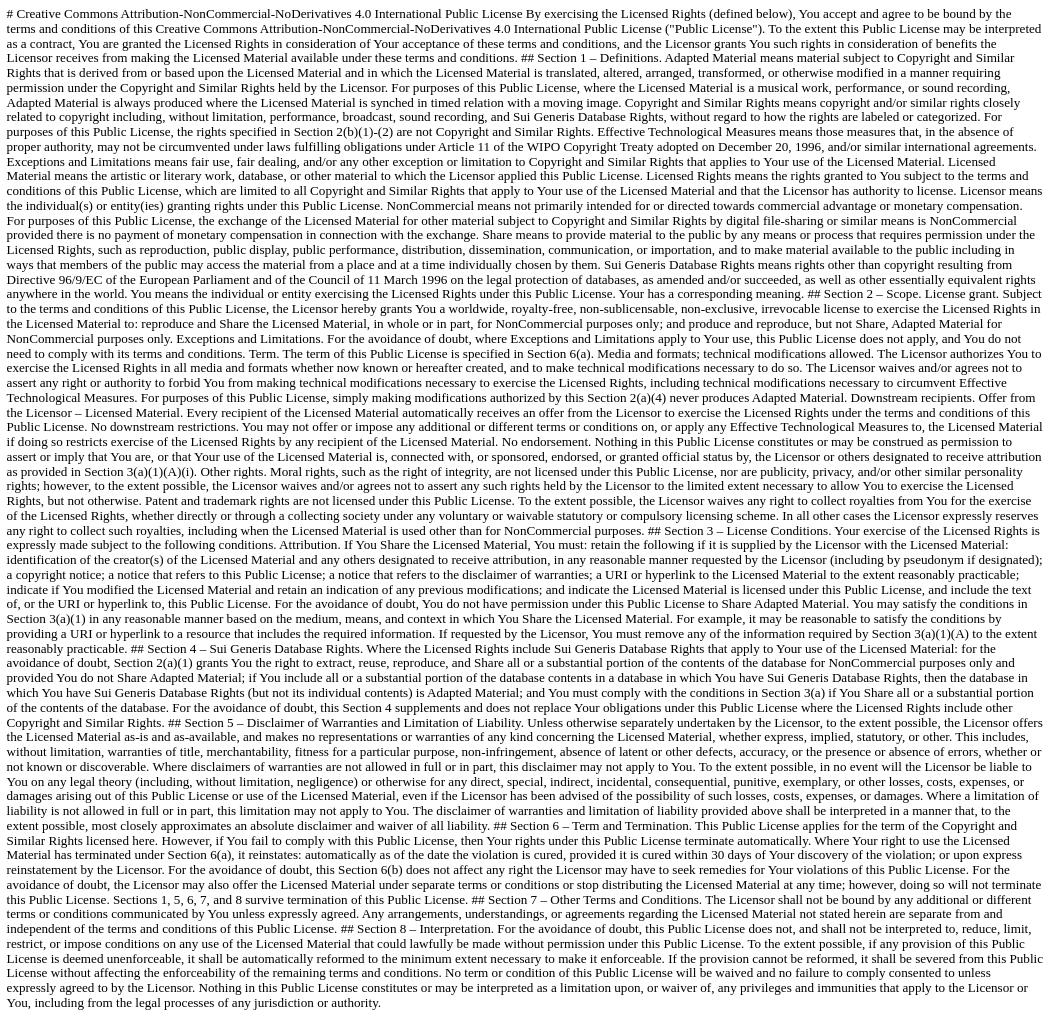
Repository: Team-Ikigami/Ascendance
Page: LICENSE-CC BY-NC-ND.html
The author's editor kept a copy of each file at every save. The page is drawn from the files as they stood at one save, then again after the next save.
The browser window is 1280 px wide. The pictures show the whole page, at 82% of full size.

Above is the page before, as saved 2021-12-12 02:06:20.

### LICENSE-CC BY-NC-ND.html
# Creative Commons Attribution-NonCommercial-NoDerivatives 4.0 International Public License

By exercising the Licensed Rights (defined below), You accept and agree to be bound by the terms and conditions of this Creative Commons Attribution-NonCommercial-NoDerivatives 4.0 International Public License ("Public License"). To the extent this Public License may be interpreted as a contract, You are granted the Licensed Rights in consideration of Your acceptance of these terms and conditions, and the Licensor grants You such rights in consideration of benefits the Licensor receives from making the Licensed Material available under these terms and conditions.

## Section 1 – Definitions.

Adapted Material means material subject to Copyright and Similar Rights that is derived from or based upon the Licensed Material and in which the Licensed Material is translated, altered, arranged, transformed, or otherwise modified in a manner requiring permission under the Copyright and Similar Rights held by the Licensor. For purposes of this Public License, where the Licensed Material is a musical work, performance, or sound recording, Adapted Material is always produced where the Licensed Material is synched in timed relation with a moving image.
Copyright and Similar Rights means copyright and/or similar rights closely related to copyright including, without limitation, performance, broadcast, sound recording, and Sui Generis Database Rights, without regard to how the rights are labeled or categorized. For purposes of this Public License, the rights specified in Section 2(b)(1)-(2) are not Copyright and Similar Rights.
Effective Technological Measures means those measures that, in the absence of proper authority, may not be circumvented under laws fulfilling obligations under Article 11 of the WIPO Copyright Treaty adopted on December 20, 1996, and/or similar international agreements.
Exceptions and Limitations means fair use, fair dealing, and/or any other exception or limitation to Copyright and Similar Rights that applies to Your use of the Licensed Material.
Licensed Material means the artistic or literary work, database, or other material to which the Licensor applied this Public License.
Licensed Rights means the rights granted to You subject to the terms and conditions of this Public License, which are limited to all Copyright and Similar Rights that apply to Your use of the Licensed Material and that the Licensor has authority to license.
Licensor means the individual(s) or entity(ies) granting rights under this Public License.
NonCommercial means not primarily intended for or directed towards commercial advantage or monetary compensation. For purposes of this Public License, the exchange of the Licensed Material for other material subject to Copyright and Similar Rights by digital file-sharing or similar means is NonCommercial provided there is no payment of monetary compensation in connection with the exchange.
Share means to provide material to the public by any means or process that requires permission under the Licensed Rights, such as reproduction, public display, public performance, distribution, dissemination, communication, or importation, and to make material available to the public including in ways that members of the public may access the material from a place and at a time individually chosen by them.
Sui Generis Database Rights means rights other than copyright resulting from Directive 96/9/EC of the European Parliament and of the Council of 11 March 1996 on the legal protection of databases, as amended and/or succeeded, as well as other essentially equivalent rights anywhere in the world.
You means the individual or entity exercising the Licensed Rights under this Public License. Your has a corresponding meaning.

## Section 2 – Scope.

License grant.
Subject to the terms and conditions of this Public License, the Licensor hereby grants You a worldwide, royalty-free, non-sublicensable, non-exclusive, irrevocable license to exercise the Licensed Rights in the Licensed Material to:
reproduce and Share the Licensed Material, in whole or in part, for NonCommercial purposes only; and
produce and reproduce, but not Share, Adapted Material for NonCommercial purposes only.
Exceptions and Limitations. For the avoidance of doubt, where Exceptions and Limitations apply to Your use, this Public License does not apply, and You do not need to comply with its terms and conditions.
Term. The term of this Public License is specified in Section 6(a).
Media and formats; technical modifications allowed. The Licensor authorizes You to exercise the Licensed Rights in all media and formats whether now known or hereafter created, and to make technical modifications necessary to do so. The Licensor waives and/or agrees not to assert any right or authority to forbid You from making technical modifications necessary to exercise the Licensed Rights, including technical modifications necessary to circumvent Effective Technological Measures. For purposes of this Public License, simply making modifications authorized by this Section 2(a)(4) never produces Adapted Material.
Downstream recipients.
Offer from the Licensor – Licensed Material. Every recipient of the Licensed Material automatically receives an offer from the Licensor to exercise the Licensed Rights under the terms and conditions of this Public License.
No downstream restrictions. You may not offer or impose any additional or different terms or conditions on, or apply any Effective Technological Measures to, the Licensed Material if doing so restricts exercise of the Licensed Rights by any recipient of the Licensed Material.
No endorsement. Nothing in this Public License constitutes or may be construed as permission to assert or imply that You are, or that Your use of the Licensed Material is, connected with, or sponsored, endorsed, or granted official status by, the Licensor or others designated to receive attribution as provided in Section 3(a)(1)(A)(i).
Other rights.

Moral rights, such as the right of integrity, are not licensed under this Public License, nor are publicity, privacy, and/or other similar personality rights; however, to the extent possible, the Licensor waives and/or agrees not to assert any such rights held by the Licensor to the limited extent necessary to allow You to exercise the Licensed Rights, but not otherwise.
Patent and trademark rights are not licensed under this Public License.
To the extent possible, the Licensor waives any right to collect royalties from You for the exercise of the Licensed Rights, whether directly or through a collecting society under any voluntary or waivable statutory or compulsory licensing scheme. In all other cases the Licensor expressly reserves any right to collect such royalties, including when the Licensed Material is used other than for NonCommercial purposes.

## Section 3 – License Conditions.

Your exercise of the Licensed Rights is expressly made subject to the following conditions.

Attribution.

If You Share the Licensed Material, You must:

retain the following if it is supplied by the Licensor with the Licensed Material:
identification of the creator(s) of the Licensed Material and any others designated to receive attribution, in any reasonable manner requested by the Licensor (including by pseudonym if designated);
a copyright notice;
a notice that refers to this Public License;
a notice that refers to the disclaimer of warranties;
a URI or hyperlink to the Licensed Material to the extent reasonably practicable;
indicate if You modified the Licensed Material and retain an indication of any previous modifications; and
indicate the Licensed Material is licensed under this Public License, and include the text of, or the URI or hyperlink to, this Public License.
For the avoidance of doubt, You do not have permission under this Public License to Share Adapted Material.
You may satisfy the conditions in Section 3(a)(1) in any reasonable manner based on the medium, means, and context in which You Share the Licensed Material. For example, it may be reasonable to satisfy the conditions by providing a URI or hyperlink to a resource that includes the required information.
If requested by the Licensor, You must remove any of the information required by Section 3(a)(1)(A) to the extent reasonably practicable.
## Section 4 – Sui Generis Database Rights.

Where the Licensed Rights include Sui Generis Database Rights that apply to Your use of the Licensed Material:

for the avoidance of doubt, Section 2(a)(1) grants You the right to extract, reuse, reproduce, and Share all or a substantial portion of the contents of the database for NonCommercial purposes only and provided You do not Share Adapted Material;
if You include all or a substantial portion of the database contents in a database in which You have Sui Generis Database Rights, then the database in which You have Sui Generis Database Rights (but not its individual contents) is Adapted Material; and
You must comply with the conditions in Section 3(a) if You Share all or a substantial portion of the contents of the database.
For the avoidance of doubt, this Section 4 supplements and does not replace Your obligations under this Public License where the Licensed Rights include other Copyright and Similar Rights.
## Section 5 – Disclaimer of Warranties and Limitation of Liability.

Unless otherwise separately undertaken by the Licensor, to the extent possible, the Licensor offers the Licensed Material as-is and as-available, and makes no representations or warranties of any kind concerning the Licensed Material, whether express, implied, statutory, or other. This includes, without limitation, warranties of title, merchantability, fitness for a particular purpose, non-infringement, absence of latent or other defects, accuracy, or the presence or absence of errors, whether or not known or discoverable. Where disclaimers of warranties are not allowed in full or in part, this disclaimer may not apply to You.
To the extent possible, in no event will the Licensor be liable to You on any legal theory (including, without limitation, negligence) or otherwise for any direct, special, indirect, incidental, consequential, punitive, exemplary, or other losses, costs, expenses, or damages arising out of this Public License or use of the Licensed Material, even if the Licensor has been advised of the possibility of such losses, costs, expenses, or damages. Where a limitation of liability is not allowed in full or in part, this limitation may not apply to You.
The disclaimer of warranties and limitation of liability provided above shall be interpreted in a manner that, to the extent possible, most closely approximates an absolute disclaimer and waiver of all liability.

## Section 6 – Term and Termination.

This Public License applies for the term of the Copyright and Similar Rights licensed here. However, if You fail to comply with this Public License, then Your rights under this Public License terminate automatically.
Where Your right to use the Licensed Material has terminated under Section 6(a), it reinstates:

automatically as of the date the violation is cured, provided it is cured within 30 days of Your discovery of the violation; or
upon express reinstatement by the Licensor.
For the avoidance of doubt, this Section 6(b) does not affect any right the Licensor may have to seek remedies for Your violations of this Public License.
For the avoidance of doubt, the Licensor may also offer the Licensed Material under separate terms or conditions or stop distributing the Licensed Material at any time; however, doing so will not terminate this Public License.
Sections 1, 5, 6, 7, and 8 survive termination of this Public License.

## Section 7 – Other Terms and Conditions.

The Licensor shall not be bound by any additional or different terms or conditions communicated by You unless expressly agreed.
Any arrangements, understandings, or agreements regarding the Licensed Material not stated herein are separate from and independent of the terms and conditions of this Public License.

## Section 8 – Interpretation.

For the avoidance of doubt, this Public License does not, and shall not be interpreted to, reduce, limit, restrict, or impose conditions on any use of the Licensed Material that could lawfully be made without permission under this Public License.
To the extent possible, if any provision of this Public License is deemed unenforceable, it shall be automatically reformed to the minimum extent necessary to make it enforceable. If the provision cannot be reformed, it shall be severed from this Public License without affecting the enforceability of the remaining terms and conditions.
No term or condition of this Public License will be waived and no failure to comply consented to unless expressly agreed to by the Licensor.
Nothing in this Public License constitutes or may be interpreted as a limitation upon, or waiver of, any privileges and immunities that apply to the Licensor or You, including from the legal processes of any jurisdiction or authority.

After the next save:
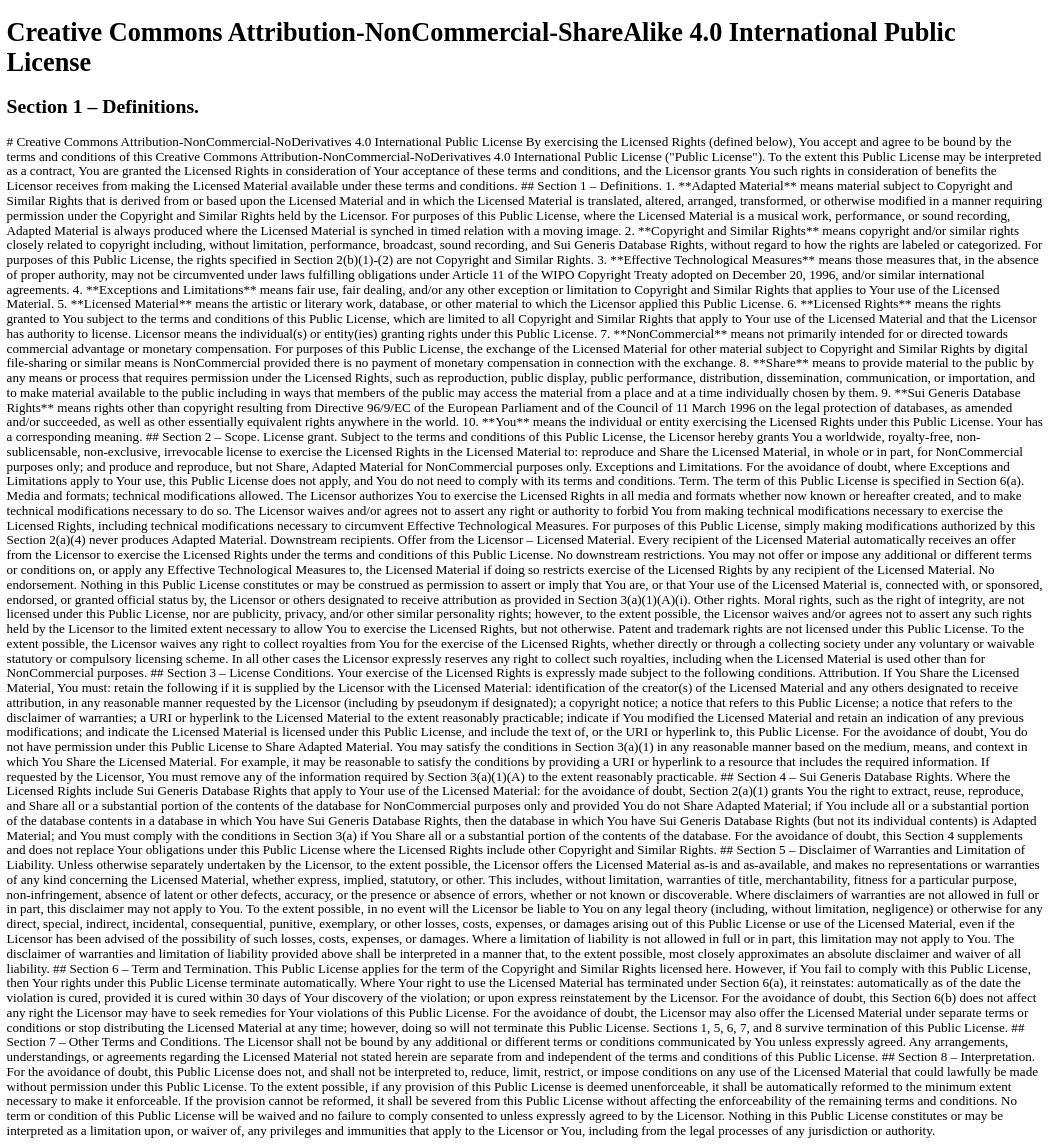
Saved 22 s later.
--- a/LICENSE-CC BY-NC-ND.html
+++ b/LICENSE-CC BY-NC-ND.html
@@ -1,20 +1,38 @@
+<!DOCTYPE html>
+<html lang="en">
+<head>
+	<meta charset="UTF-8">
+	<meta http-equiv="X-UA-Compatible" content="IE=edge">
+	<meta name="viewport" content="width=device-width, initial-scale=1.0">
+	<title>LICENSE-CC BY-NC-SA</title>
+	<style type="text/css">
+		ol { list-style-type: upper-alpha; }
+		center { text-align: center; }
+	</style>
+</head>
+<body>
+	<h1 class="center">Creative Commons Attribution-NonCommercial-ShareAlike 4.0 International Public License</h1>
+
+	<h2 class="center">Section 1 – Definitions.</h2>
+</body>
+</html>
 # Creative Commons Attribution-NonCommercial-NoDerivatives 4.0 International Public License
 
 By exercising the Licensed Rights (defined below), You accept and agree to be bound by the terms and conditions of this Creative Commons Attribution-NonCommercial-NoDerivatives 4.0 International Public License ("Public License"). To the extent this Public License may be interpreted as a contract, You are granted the Licensed Rights in consideration of Your acceptance of these terms and conditions, and the Licensor grants You such rights in consideration of benefits the Licensor receives from making the Licensed Material available under these terms and conditions.
 
 ## Section 1 – Definitions.
 
-Adapted Material means material subject to Copyright and Similar Rights that is derived from or based upon the Licensed Material and in which the Licensed Material is translated, altered, arranged, transformed, or otherwise modified in a manner requiring permission under the Copyright and Similar Rights held by the Licensor. For purposes of this Public License, where the Licensed Material is a musical work, performance, or sound recording, Adapted Material is always produced where the Licensed Material is synched in timed relation with a moving image.
-Copyright and Similar Rights means copyright and/or similar rights closely related to copyright including, without limitation, performance, broadcast, sound recording, and Sui Generis Database Rights, without regard to how the rights are labeled or categorized. For purposes of this Public License, the rights specified in Section 2(b)(1)-(2) are not Copyright and Similar Rights.
-Effective Technological Measures means those measures that, in the absence of proper authority, may not be circumvented under laws fulfilling obligations under Article 11 of the WIPO Copyright Treaty adopted on December 20, 1996, and/or similar international agreements.
-Exceptions and Limitations means fair use, fair dealing, and/or any other exception or limitation to Copyright and Similar Rights that applies to Your use of the Licensed Material.
-Licensed Material means the artistic or literary work, database, or other material to which the Licensor applied this Public License.
-Licensed Rights means the rights granted to You subject to the terms and conditions of this Public License, which are limited to all Copyright and Similar Rights that apply to Your use of the Licensed Material and that the Licensor has authority to license.
+1. **Adapted Material** means material subject to Copyright and Similar Rights that is derived from or based upon the Licensed Material and in which the Licensed Material is translated, altered, arranged, transformed, or otherwise modified in a manner requiring permission under the Copyright and Similar Rights held by the Licensor. For purposes of this Public License, where the Licensed Material is a musical work, performance, or sound recording, Adapted Material is always produced where the Licensed Material is synched in timed relation with a moving image.
+2. **Copyright and Similar Rights** means copyright and/or similar rights closely related to copyright including, without limitation, performance, broadcast, sound recording, and Sui Generis Database Rights, without regard to how the rights are labeled or categorized. For purposes of this Public License, the rights specified in Section 2(b)(1)-(2) are not Copyright and Similar Rights.
+3. **Effective Technological Measures** means those measures that, in the absence of proper authority, may not be circumvented under laws fulfilling obligations under Article 11 of the WIPO Copyright Treaty adopted on December 20, 1996, and/or similar international agreements.
+4. **Exceptions and Limitations** means fair use, fair dealing, and/or any other exception or limitation to Copyright and Similar Rights that applies to Your use of the Licensed Material.
+5. **Licensed Material** means the artistic or literary work, database, or other material to which the Licensor applied this Public License.
+6. **Licensed Rights** means the rights granted to You subject to the terms and conditions of this Public License, which are limited to all Copyright and Similar Rights that apply to Your use of the Licensed Material and that the Licensor has authority to license.
 Licensor means the individual(s) or entity(ies) granting rights under this Public License.
-NonCommercial means not primarily intended for or directed towards commercial advantage or monetary compensation. For purposes of this Public License, the exchange of the Licensed Material for other material subject to Copyright and Similar Rights by digital file-sharing or similar means is NonCommercial provided there is no payment of monetary compensation in connection with the exchange.
-Share means to provide material to the public by any means or process that requires permission under the Licensed Rights, such as reproduction, public display, public performance, distribution, dissemination, communication, or importation, and to make material available to the public including in ways that members of the public may access the material from a place and at a time individually chosen by them.
-Sui Generis Database Rights means rights other than copyright resulting from Directive 96/9/EC of the European Parliament and of the Council of 11 March 1996 on the legal protection of databases, as amended and/or succeeded, as well as other essentially equivalent rights anywhere in the world.
-You means the individual or entity exercising the Licensed Rights under this Public License. Your has a corresponding meaning.
+7. **NonCommercial** means not primarily intended for or directed towards commercial advantage or monetary compensation. For purposes of this Public License, the exchange of the Licensed Material for other material subject to Copyright and Similar Rights by digital file-sharing or similar means is NonCommercial provided there is no payment of monetary compensation in connection with the exchange.
+8. **Share** means to provide material to the public by any means or process that requires permission under the Licensed Rights, such as reproduction, public display, public performance, distribution, dissemination, communication, or importation, and to make material available to the public including in ways that members of the public may access the material from a place and at a time individually chosen by them.
+9. **Sui Generis Database Rights** means rights other than copyright resulting from Directive 96/9/EC of the European Parliament and of the Council of 11 March 1996 on the legal protection of databases, as amended and/or succeeded, as well as other essentially equivalent rights anywhere in the world.
+10. **You** means the individual or entity exercising the Licensed Rights under this Public License. Your has a corresponding meaning.
 
 ## Section 2 – Scope.
 
